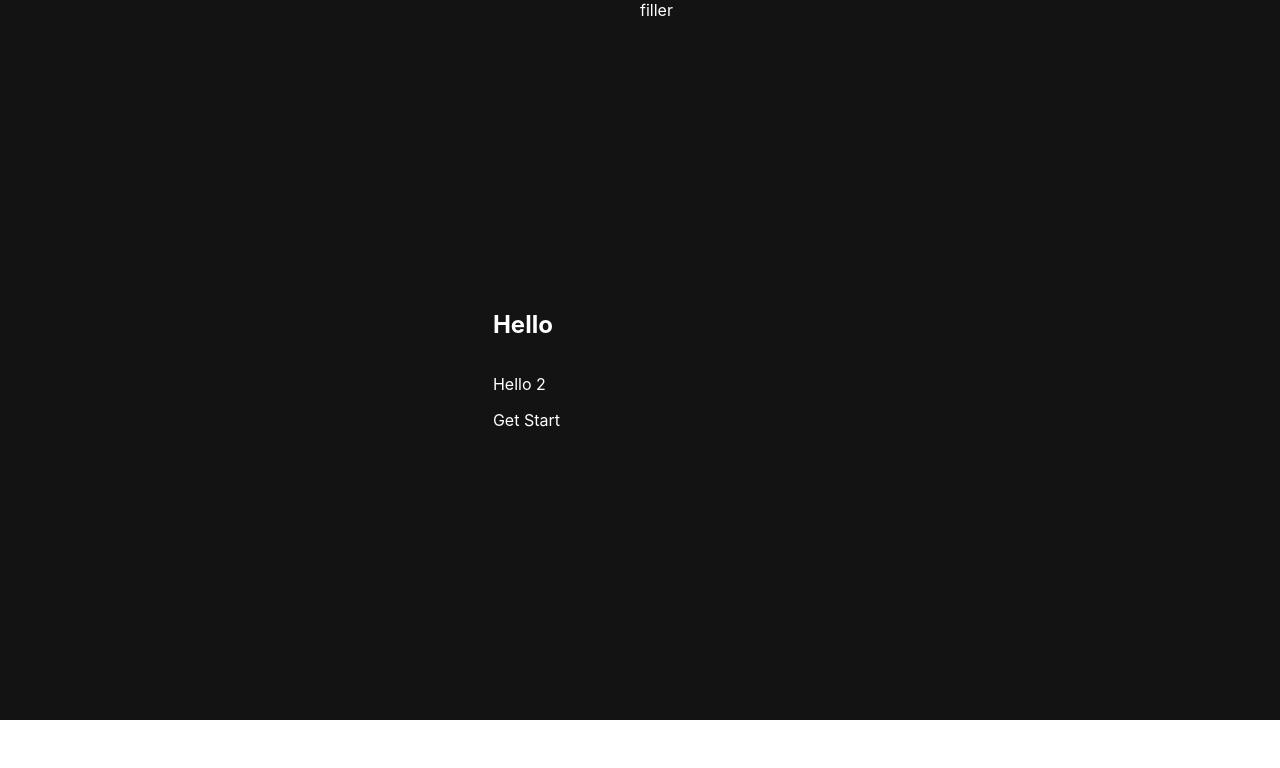
Repository: KamalEssam/react-framer
Page: /
The author's editor kept a copy of each file at every save. The page is drawn from the files as they stood at one save, then again after a run of saves.
The browser window is 1280 px wide. The pictures show the whole page.
The project was rebuilt for these pictures with package versions that can differ from the ones it lists, and the page was loaded fresh each time.

Above is the page before, as saved 2021-12-25 22:45:45.

After the next 4 saves:
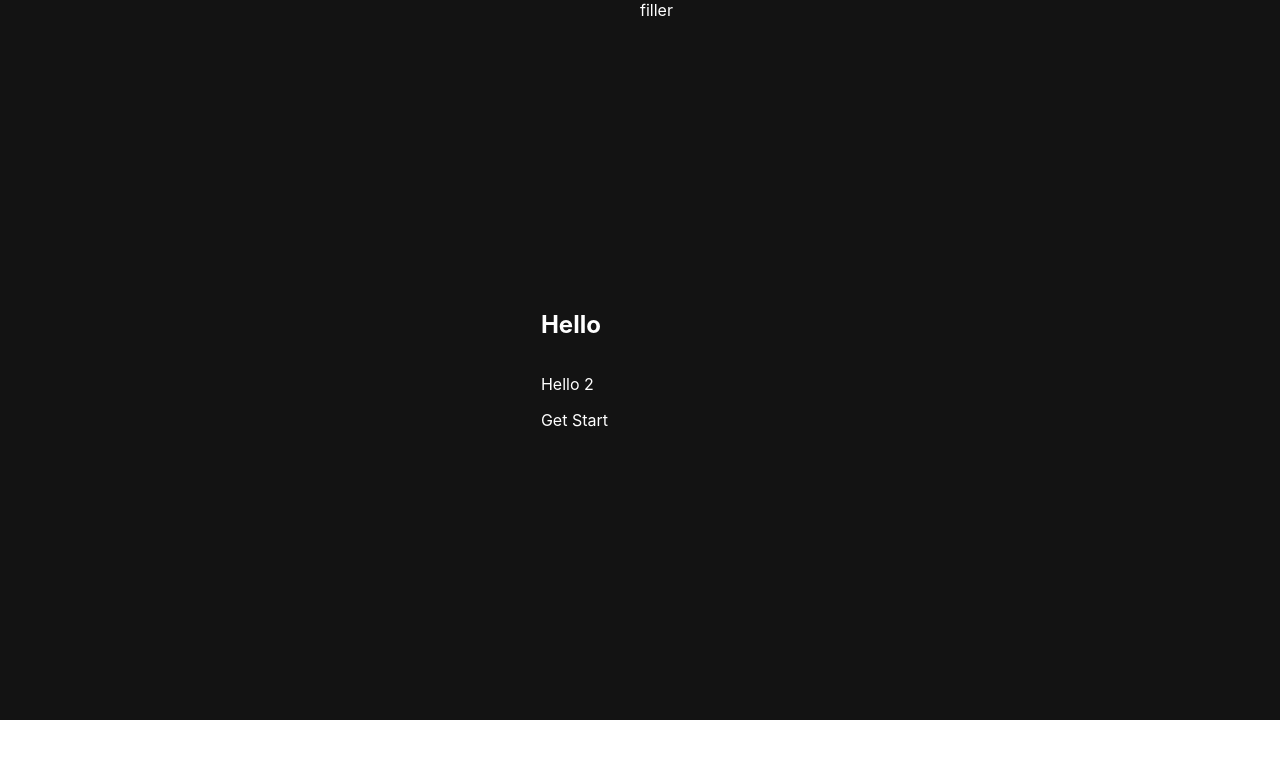
The 4 saves are shown as one change because they came seconds apart.
The last was saved 13 s later.
--- a/src/Components/Hero.js
+++ b/src/Components/Hero.js
@@ -25,7 +25,7 @@ const ColumnLeft = styled.div`
   flex-direction: column ;
   justify-content: center;
   align-items: flex-Start;
-  padding: 5rem
+  padding: 5rem 2rem
 `;
 const ColumnRight = styled.div`
   color  : #fff ;
